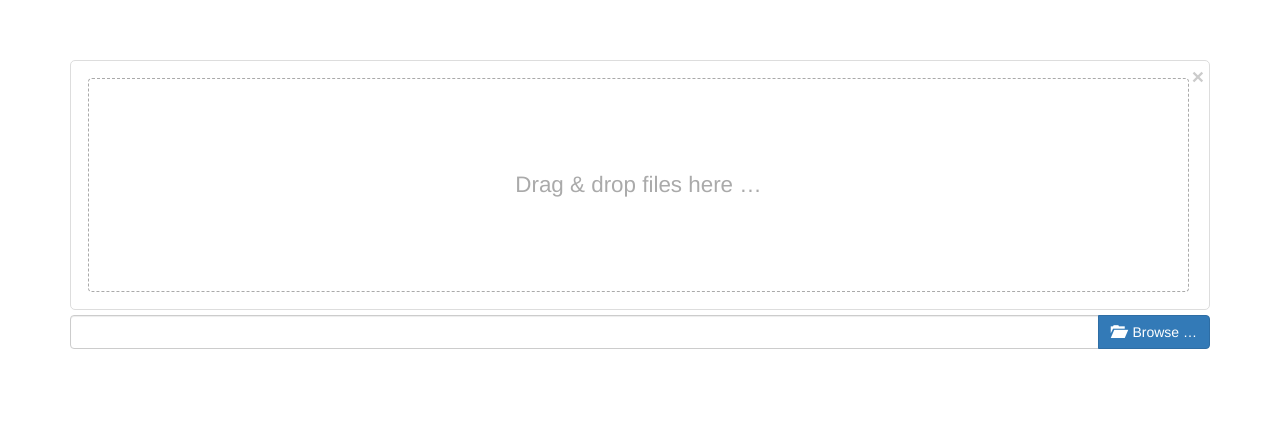
Repository: NeeleshPoojari/Project-2
Page: frontend_project2/WebContent/views/profilepicture.html
These files come from the project's save history. The page is drawn as it stood at one moment and after the next save; the edit follows.
The browser window is 1280 px wide. The pictures show the whole page.
Some web libraries are served in a nearby version.

Above is the page before, as saved 2017-07-19 14:12:21.
Console error (its wording comes from the project's code and is left out).

After the next save:
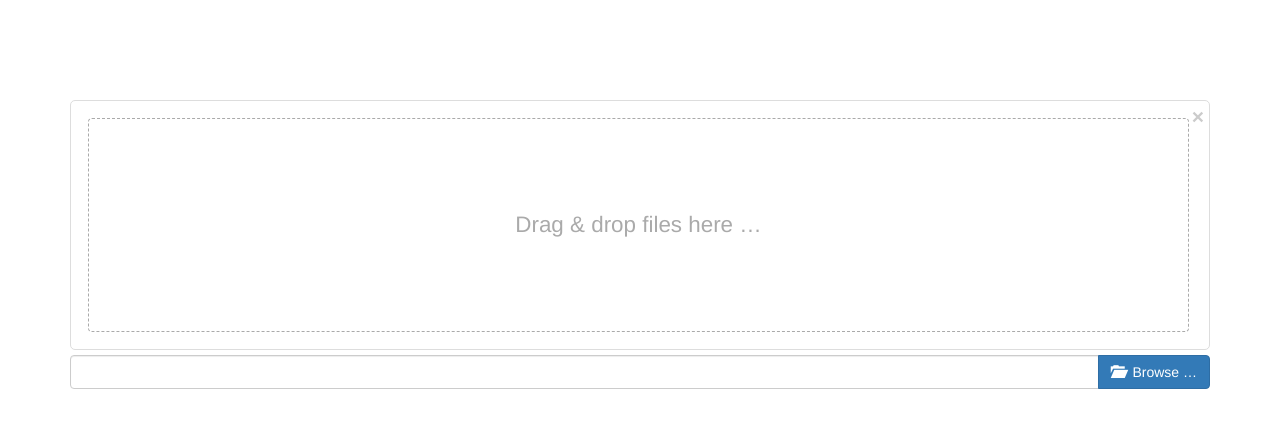
Saved 100 s later.
--- a/frontend_project2/WebContent/views/profilepicture.html
+++ b/frontend_project2/WebContent/views/profilepicture.html
@@ -38,7 +38,7 @@
 
 <title>Insert title here</title>
 </head>
-<body style="margin-top: 60px;">
+<body style="margin-top: 100px;">
 
 	<div class="container kv-main">
 		<div class="form-group">
